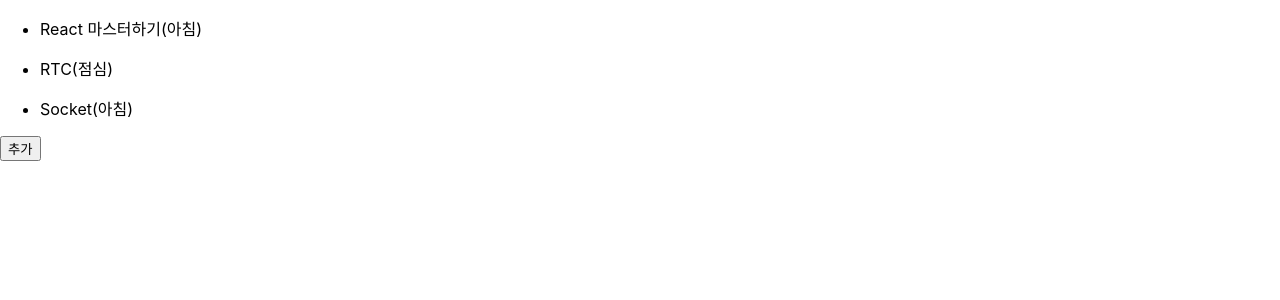
Repository: 0gunkim/REACT-TODO-PRAC
Page: / (app in todo/)
These files come from the project's save history. The page is drawn as it stood at one moment and after the next save; the edit follows.
The browser window is 1280 px wide. The pictures show the whole page.
The project was rebuilt for these pictures with package versions that can differ from the ones it lists, and the page was loaded fresh each time.

Above is the page before, as saved 2023-01-03 22:38:15.

### todo/src/App.js
import TodoList from "./pages/TodoList";


function App() {
  return (
    <div className="App">
   <TodoList></TodoList>
    </div>
  );
}

export default App;

### todo/src/pages/TodoList.jsx
import React from 'react';
import { useState } from 'react';
import { initialTodo } from '../util/initialTodo';
import { AddButton } from '../components/AddButton';
export default function TodoList() {
    const [todo, setTodo] = useState(initialTodo)
    return (
        <div>
            {todo.map((list)=>{
                return(
                <div key={list.id}>
                    <ul>
                        <li>{list.title}({list.time})</li>
                    </ul>
                </div>

                )})}
                <AddButton todo={todo} setTodo={setTodo} />
        </div>
    );
}

### todo/src/util/initialTodo.js
export const initialTodo = [
{
    id: 1,
    title: 'React 마스터하기',
    time: '아침',
},
{
    id: 2,
    title: 'RTC',
    time: '점심',
},
{
    id: 3,
    title: 'Socket',
    time: '아침',
},
]

### todo/src/components/AddButton.jsx
import React from 'react';

export const AddButton = (props) => {
    const {todo, setTodo} = props;
    const addHandlerButton = () => {

    };
    return(
        <div>
        <button onClick={addHandlerButton}>추가</button>
        </div>
    );
};

Loaded but not shown: todo/public/index.html (common file); todo/src/index.js (common file); todo/src/index.css (common file); todo/src/reportWebVitals.js (common file)

After the next save:
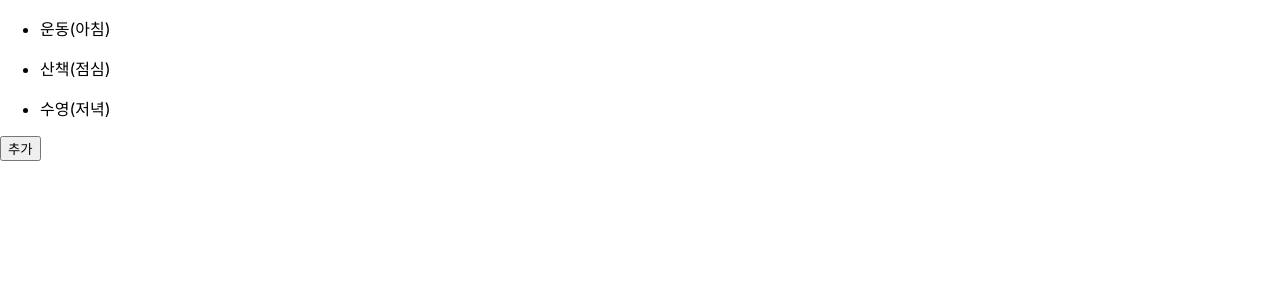
Saved 25 s later.
--- a/todo/src/util/initialTodo.js
+++ b/todo/src/util/initialTodo.js
@@ -1,17 +1,17 @@
 export const initialTodo = [
 {
     id: 1,
-    title: 'React 마스터하기',
+    title: '운동',
     time: '아침',
 },
 {
     id: 2,
-    title: 'RTC',
+    title: '산책',
     time: '점심',
 },
 {
     id: 3,
-    title: 'Socket',
-    time: '아침',
+    title: '수영',
+    time: '저녁',
 },
 ]
